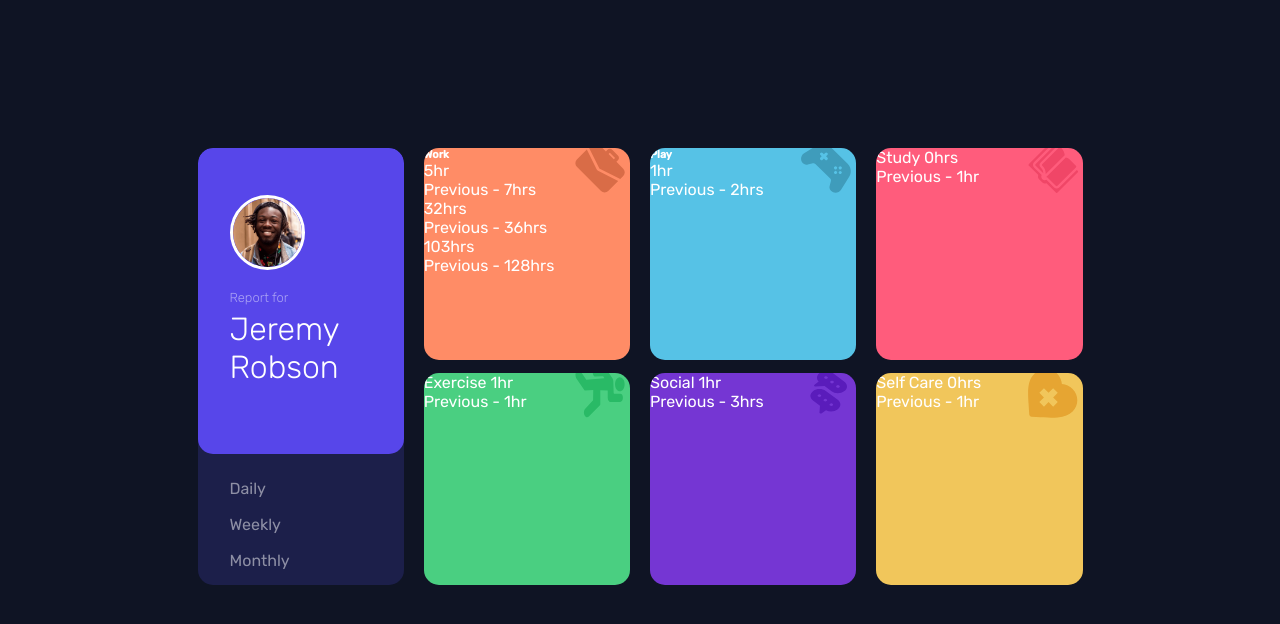
Repository: 3mr-5aled/time-tracking-dashboard-Junior
Page: index.html
The author's editor kept a copy of each file at every save. The page is drawn from the files as they stood at one save, then again after the next save.
The browser window is 1280 px wide. The pictures show the whole page.

Above is the page before, as saved 2022-12-27 20:39:44.

### index.html
<!DOCTYPE html>
<html lang="en">
  <head>
    <meta charset="UTF-8" />
    <meta name="viewport" content="width=device-width, initial-scale=1.0" />
    <!-- displays site properly based on user's device -->

    <link
      rel="icon"
      type="image/png"
      sizes="32x32"
      href="./images/favicon-32x32.png"
    />
    <link rel="stylesheet" href="style.css" />

    <title>Frontend Mentor | Time tracking dashboard</title>

    <!-- Feel free to remove these styles or customise in your own stylesheet 👍 -->
    <style>
      .attribution {
        display: none;
        font-size: 11px;
        text-align: center;
      }
      .attribution a {
        color: hsl(228, 45%, 44%);
      }
    </style>
  </head>
  <body>
    <div class="main">
      <div class="user">
        <div class="userData">
          <img src="images/image-jeremy.png" alt="userFace" />
          <div class="userInfo">
            <p>Report for</p>
            <span>Jeremy Robson</span>
          </div>
        </div>
        <div class="filter">
          <button>Daily</button>
          <button>Weekly</button>
          <button>Monthly</button>
        </div>
      </div>
      <div class="work">
        <img class="catImage" src="images/icon-work.svg" alt="" />
        <div class="daily">
          <h6 class="cat">Work</h6>
          5hr
          <!-- daily -->
          <div class="previous">Previous - 7hrs</div>
          <!-- daily -->
        </div>
        32hrs
        <!-- weekly -->
        <div class="previous">Previous - 36hrs</div>
        <!-- weekly -->
        103hrs
        <!-- monthly -->
        <div class="previous">Previous - 128hrs</div>
        <!-- monthly -->
      </div>
      <div class="play">
        <img class="catImage" src="images/icon-play.svg" alt="" />
        <div class="daily">
          <h6 class="cat">Play</h6>
          1hr
          <!-- daily -->
          <div class="previous">Previous - 2hrs</div>
          <!-- daily -->
        </div>
        <div class="weekly">
          10hrs
          <!-- weekly -->
          <div class="previous">Previous - 8hrs</div>
          <!-- weekly -->
        </div>
        <div class="monthly">
          23hrs
          <!-- monthly -->
          <div class="previous">Previous - 29hrs</div>
          <!-- monthly -->
        </div>
      </div>
      <div class="study">
        <img class="catImage" src="images/icon-study.svg" alt="" />
        <div class="daily">
          Study 0hrs
          <!-- daily -->
          <div class="previous">Previous - 1hr</div>
          <!-- daily -->
        </div>
        <div class="weekly">
          4hrs
          <!-- weekly -->
          <div class="previous">Previous - 7hrs</div>
          <!-- weekly -->
        </div>
        <div class="monthly">
          13hrs
          <!-- monthly -->
          <div class="previous">Previous - 19hrs</div>
          <!-- monthly -->
        </div>
      </div>

      <div class="exercise">
        <img class="catImage" src="images/icon-exercise.svg" alt="" />
        <div class="daily">
          Exercise 1hr
          <!-- daily -->
          <div class="previous">Previous - 1hr</div>
          <!-- daily -->
        </div>
        <div class="weekly">
          4hrs
          <!-- weekly -->
          <div class="previous">Previous - 5hrs</div>
          <!-- weekly -->
        </div>
        <div class="monthly">
          11hrs
          <!-- monthly -->
          <div class="previous">Previous - 18hrs</div>
          <!-- monthly -->
        </div>
      </div>

      <div class="social">
        <img class="catImage" src="images/icon-social.svg" alt="" />
        <div class="daily">
          Social 1hr
          <!-- daily -->
          <div class="previous">Previous - 3hrs</div>
          <!-- daily -->
        </div>
        <div class="weekly">
          5hrs
          <!-- weekly -->
          <div class="previous">Previous - 10hrs</div>
          <!-- weekly -->
        </div>
        <div class="monthly">
          21hrs
          <!-- monthly -->
          <div class="previous">Previous - 23hrs</div>
          <!-- monthly -->
        </div>
      </div>
      <div class="selfCare">
        <img class="catImage" src="images/icon-self-care.svg" alt="" />
        <div class="daily">
          Self Care 0hrs
          <!-- daily -->
          <div class="previous">Previous - 1hr</div>
          <!-- daily -->
        </div>
        <div class="weekly">
          2hrs
          <!-- weekly -->
          <div class="previous">Previous - 2hrs</div>
          <!-- weekly -->
        </div>
        <div class="monthly">
          7hrs
          <!-- monthly -->
          <div class="previous">Previous - 11hrs</div>
          <!-- monthly -->
        </div>
      </div>
    </div>
    <div class="attribution">
      Challenge by
      <a href="https://www.frontendmentor.io?ref=challenge" target="_blank"
        >Frontend Mentor</a
      >. Coded by <a href="#">3mr 5aled</a>.
    </div>
  </body>
</html>

### style.css
@import url("https://fonts.googleapis.com/css2?family=Rubik:wght@200;300;400;500&display=swap");

* {
  box-sizing: border-box;
  padding: 0;
  margin: 0;
  font-family: "Rubik", sans-serif;
}

:root {
  /* Primary colors */
  --blue: hsl(246, 80%, 60%);
  --light-orange: hsl(15, 100%, 70%); /*(work)*/
  --soft-blue: hsl(195, 74%, 62%); /*(play)*/
  --light-red: hsl(348, 100%, 68%); /*(study)*/
  --lime-green: hsl(145, 58%, 55%); /*(exercise)*/
  --violet: hsl(264, 64%, 52%); /*(social)*/
  --soft-yellow: hsl(43, 84%, 65%); /*(self care)*/

  /* Neutral colors */
  --very-dark-blue: hsl(226, 43%, 10%);
  --dark-blue: hsl(235, 46%, 20%);
  --light-purple: #5746ea;
  --desaturated-blue: hsl(235, 45%, 61%);
  --pale-blue: hsl(236, 100%, 87%);

  /* card font size */
  --fs-card: 18px;

  /* media quires */
  --mobile-view: 375px;
  --desktop-view: 1440px;
}

body {
  padding: 10px;
  background-color: var(--very-dark-blue);
  color: white;
  display: flex;
  /* align-items: center; */
  justify-content: center;
}

.main {
  display: grid;
  grid-template-columns: 1fr;
  grid-template-rows: repeat(7, 1fr);
  /* grid-row-gap: 10px; */
  grid-column-gap: 20px;
  grid-template-areas:
    "user"
    "work"
    "play"
    "study"
    "exercise"
    "social"
    "selfCare";
}
.user,
.work,
.play,
.study,
.exercise,
.social,
.selfCare {
  overflow: hidden;
  border-radius: 15px;
  margin-top: 0.8rem;
  /* padding: 1rem; */
  /* margin-right: 0.8rem; */
  /* margin-left: 1rem; */
}
/* start user section */
.user {
  grid-area: user;
  background: var(--dark-blue);
}
.userData {
  display: flex;
  flex-direction: row;
  align-items: center;
  justify-content: center;
  background: var(--light-purple);
  border-radius: 15px;
  padding: 15px;
}
.user img {
  border: 3px solid white;
  border-radius: 50%;
  height: 60px;
  width: 60px;
}
.userInfo {
  margin: 20px 0;
  margin-left: 15px;
}
.userInfo p {
  font-weight: 300;
  color: rgba(255, 255, 255, 0.5);
  padding-bottom: 5px;
  font-size: small;
}
.userInfo span {
  font-weight: 200;
  font-size: x-large;
}

.filter {
  display: flex;
  flex-direction: row;
  align-items: center;
  justify-content: space-evenly;
  margin: 1rem 0;
}

.filter button {
  background: transparent;
  border: none;
  font-size: medium;
  color: rgba(255, 255, 255, 0.5);
}
.filter button:hover {
  color: white;
}
/* end user section */
.monthly {
  display: none;
}
.weekly {
  display: none;
}

.catImage {
  width: 50px;
  height: 50px;
  float: right;
  transform: translate(-5px, -5px);
}
.work {
  grid-area: work;
  background-color: var(--light-orange);
}
.play {
  grid-area: play;
  background-color: var(--soft-blue);
}
.study {
  grid-area: study;
  background-color: var(--light-red);
}
.exercise {
  grid-area: exercise;
  background-color: var(--lime-green);
}
.social {
  grid-area: social;
  background-color: var(--violet);
}
.selfCare {
  grid-area: selfCare;
  background-color: var(--soft-yellow);
}

@media screen and (min-width: 375px) {
  body {
    align-items: center;
    height: 100vh;
    padding: 50px;
  }
  .main {
    grid-template-columns: repeat(4, 1fr);
    grid-template-rows: repeat(2, 1fr);
    grid-template-areas:
      "user work play study"
      "user exercise social selfCare";
    height: calc(100vh / 1.6);
    width: 75%;
  }

  .user img {
    width: 75px;
    height: 75px;
  }
  .userData {
    flex-direction: column;
    align-items: flex-start;
    justify-content: center;
    height: 70%;
    padding-left: 2rem;
  }
  .userInfo {
    margin-left: 0px;
  }
  .userInfo span {
    word-wrap: break-word;
    /* white-space: warp; */
    font-size: 2em;
  }
  .filter {
    margin-left: 2rem;
    height: 25%;
    /* gap: 5px; */
    align-items: flex-start;
    justify-content: space-around;
    flex-direction: column;
  }
}

After the next save:
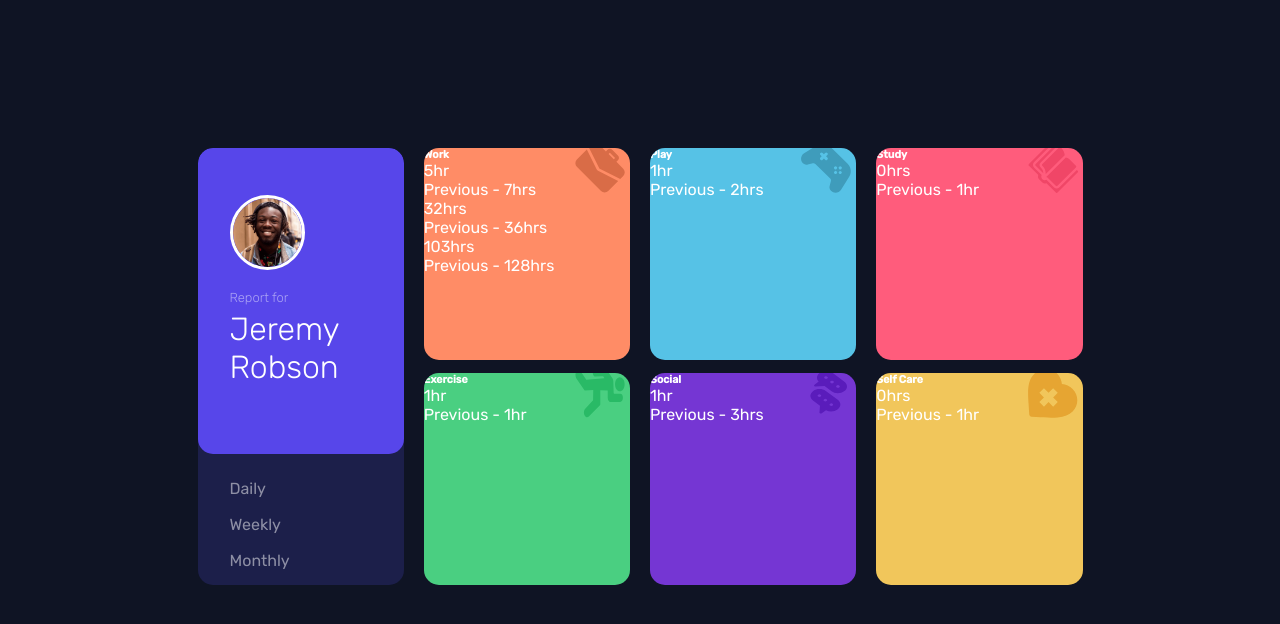
Saved 81 s later.
--- a/index.html
+++ b/index.html
@@ -86,7 +86,8 @@
       <div class="study">
         <img class="catImage" src="images/icon-study.svg" alt="" />
         <div class="daily">
-          Study 0hrs
+          <h6 class="cat">Study</h6>
+          0hrs
           <!-- daily -->
           <div class="previous">Previous - 1hr</div>
           <!-- daily -->
@@ -108,7 +109,8 @@
       <div class="exercise">
         <img class="catImage" src="images/icon-exercise.svg" alt="" />
         <div class="daily">
-          Exercise 1hr
+          <h6 class="cat">Exercise</h6>
+          1hr
           <!-- daily -->
           <div class="previous">Previous - 1hr</div>
           <!-- daily -->
@@ -130,7 +132,8 @@
       <div class="social">
         <img class="catImage" src="images/icon-social.svg" alt="" />
         <div class="daily">
-          Social 1hr
+          <h6 class="cat">Social</h6>
+          1hr
           <!-- daily -->
           <div class="previous">Previous - 3hrs</div>
           <!-- daily -->
@@ -151,7 +154,8 @@
       <div class="selfCare">
         <img class="catImage" src="images/icon-self-care.svg" alt="" />
         <div class="daily">
-          Self Care 0hrs
+          <h6 class="cat">Self Care</h6>
+          0hrs
           <!-- daily -->
           <div class="previous">Previous - 1hr</div>
           <!-- daily -->
